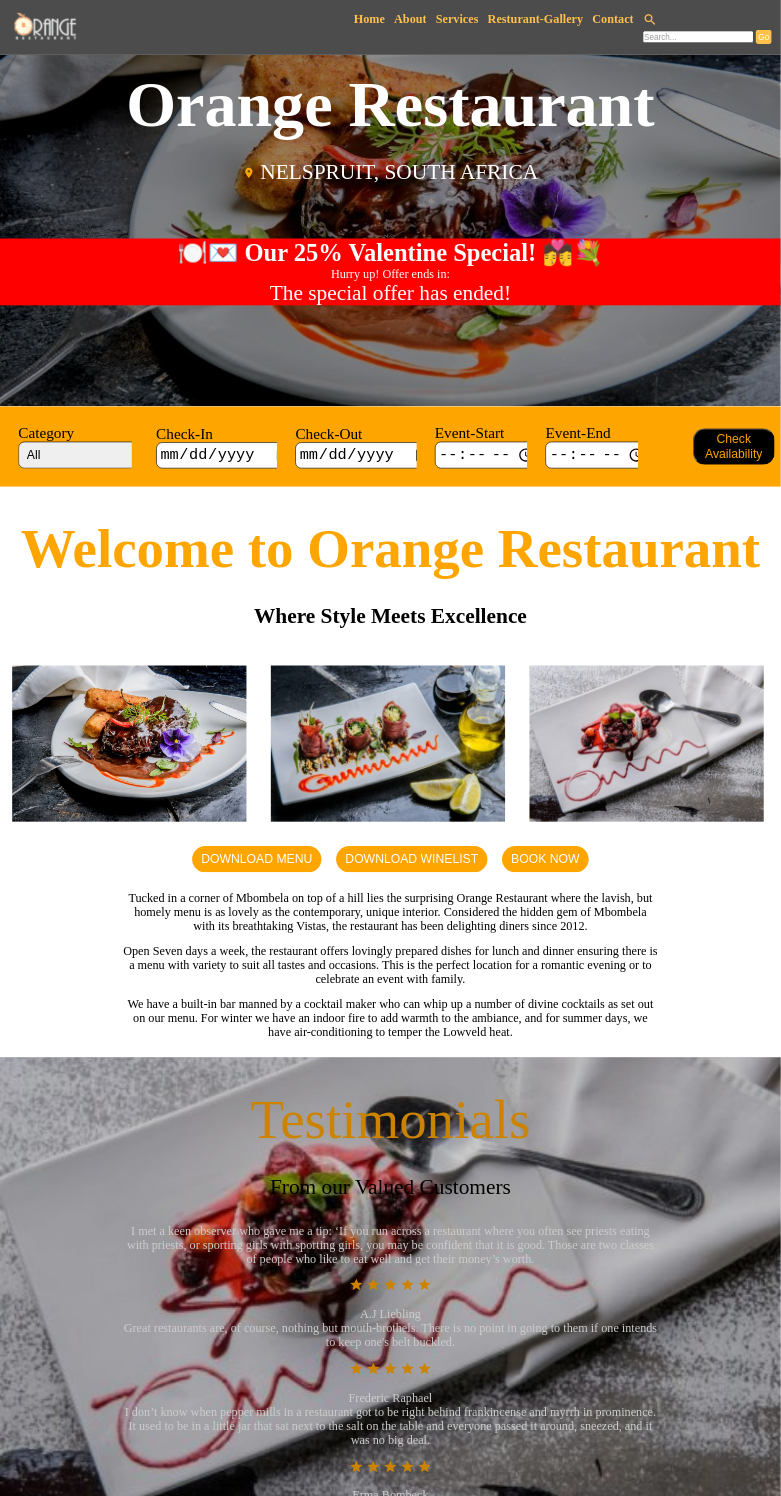
Repository: KaraboM20/KaraboUpdatedProjectOrang-Rest
Page: index.html
An editor plug-in stored every save of this project. The page is shown before and after a run of saves, followed by the edit.
The browser window is 1280 px wide. The pictures show the whole page, at 61% of full size.

Above is the page before, as saved 2025-01-31 14:10:39.

After the next 3 saves:
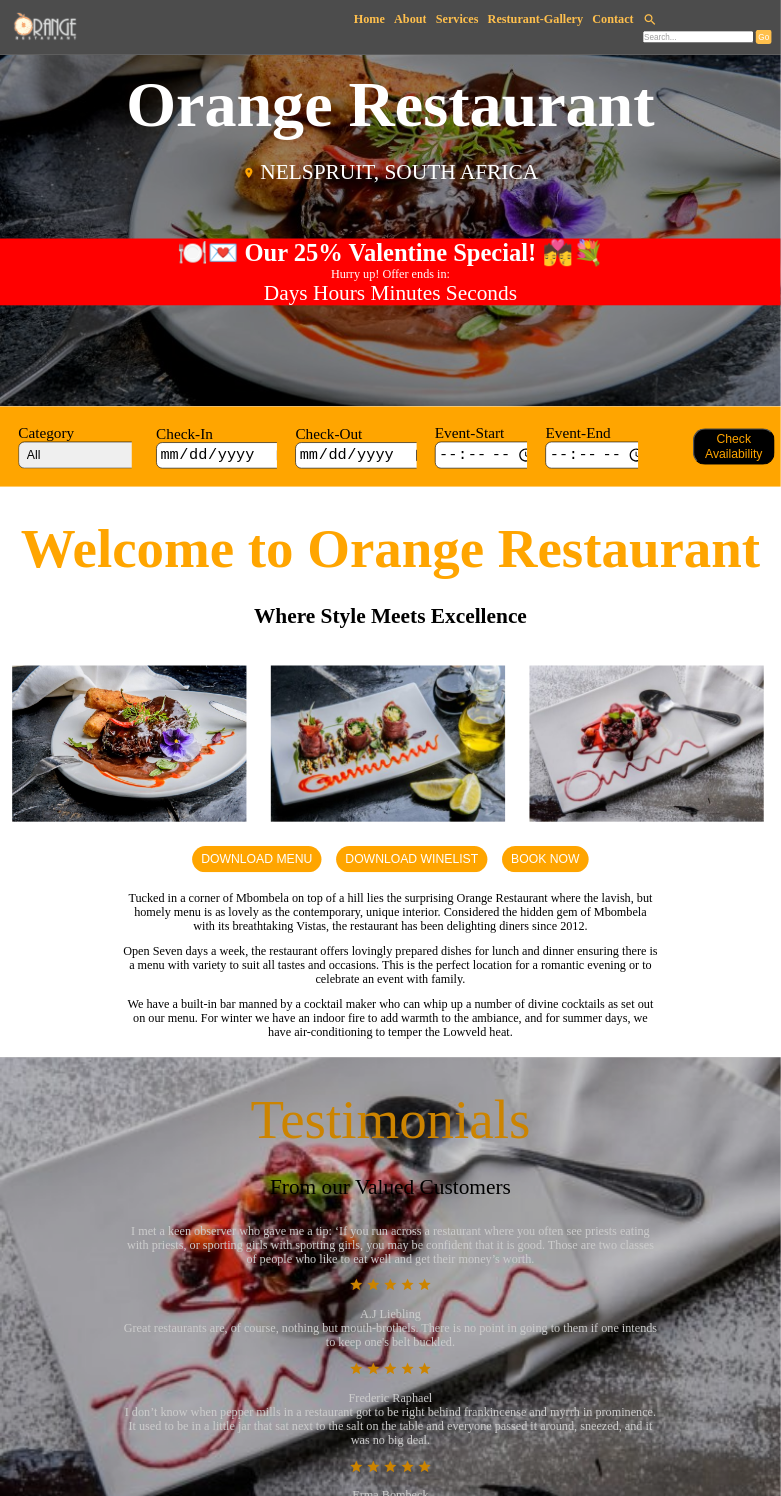
Console error: ReferenceError: valentine is not defined
The 3 saves are shown as one change because they came seconds apart.
The last was saved 2 min 25 s later.
--- a/script.js
+++ b/script.js
@@ -1,4 +1,5 @@
-
+//
+valentine
 const targetDate = new Date("December 25, 2024 23:59:59").getTime();
 
 
@@ -31,7 +32,7 @@
 updateCountdown();
 
 
-
+// Select the search icon and search box
 const searchIcon = document.querySelector('.search-icon');
 const searchBox = document.querySelector('.search-box');
 

After the 6 saves that followed:
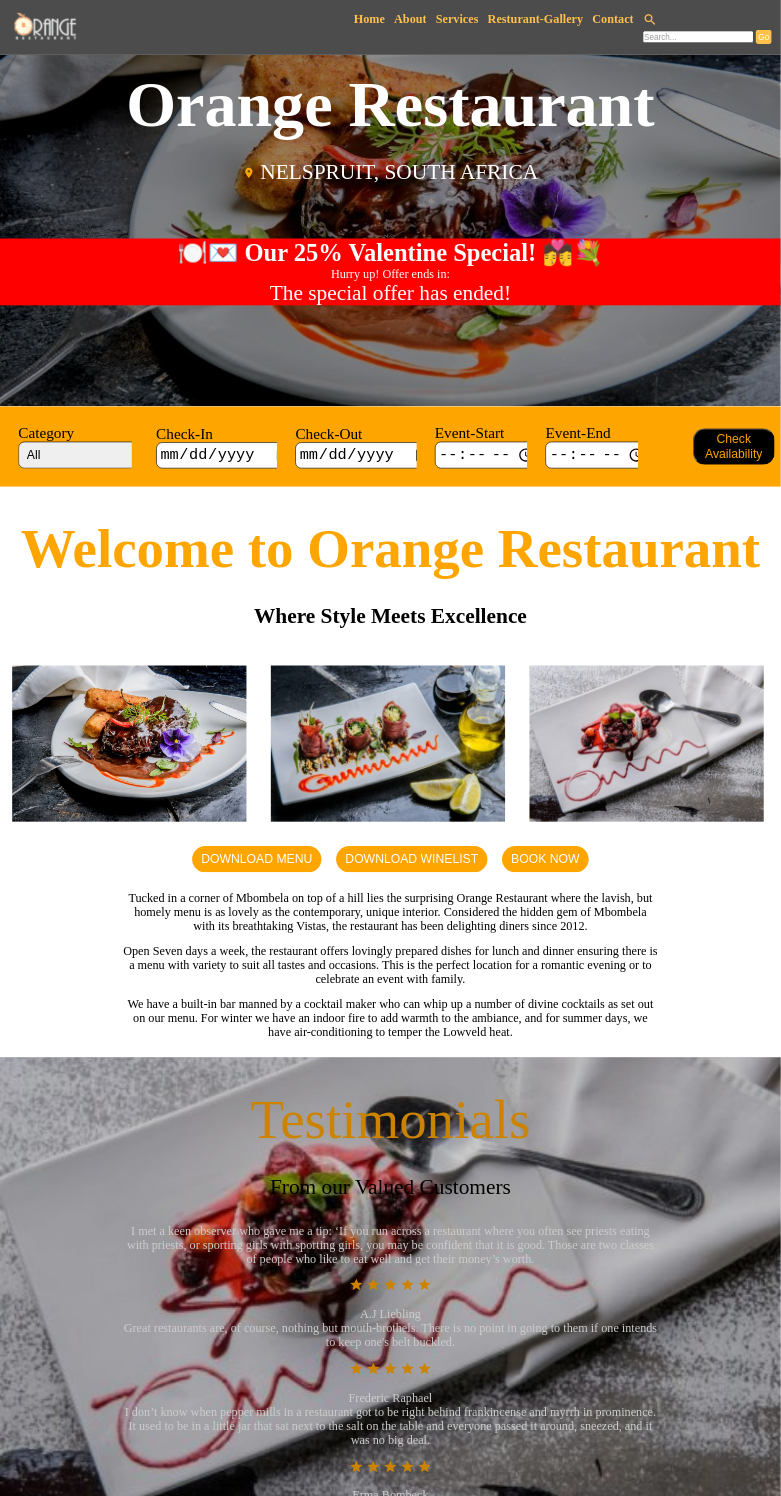
The error is gone.
The 6 saves are shown as one change because 1 left the picture as it was and some came seconds apart.
The last was saved 18 s later.
--- a/script.js
+++ b/script.js
@@ -1,5 +1,5 @@
 //
-valentine
+// valentine's day special countdown
 const targetDate = new Date("December 25, 2024 23:59:59").getTime();
 
 
